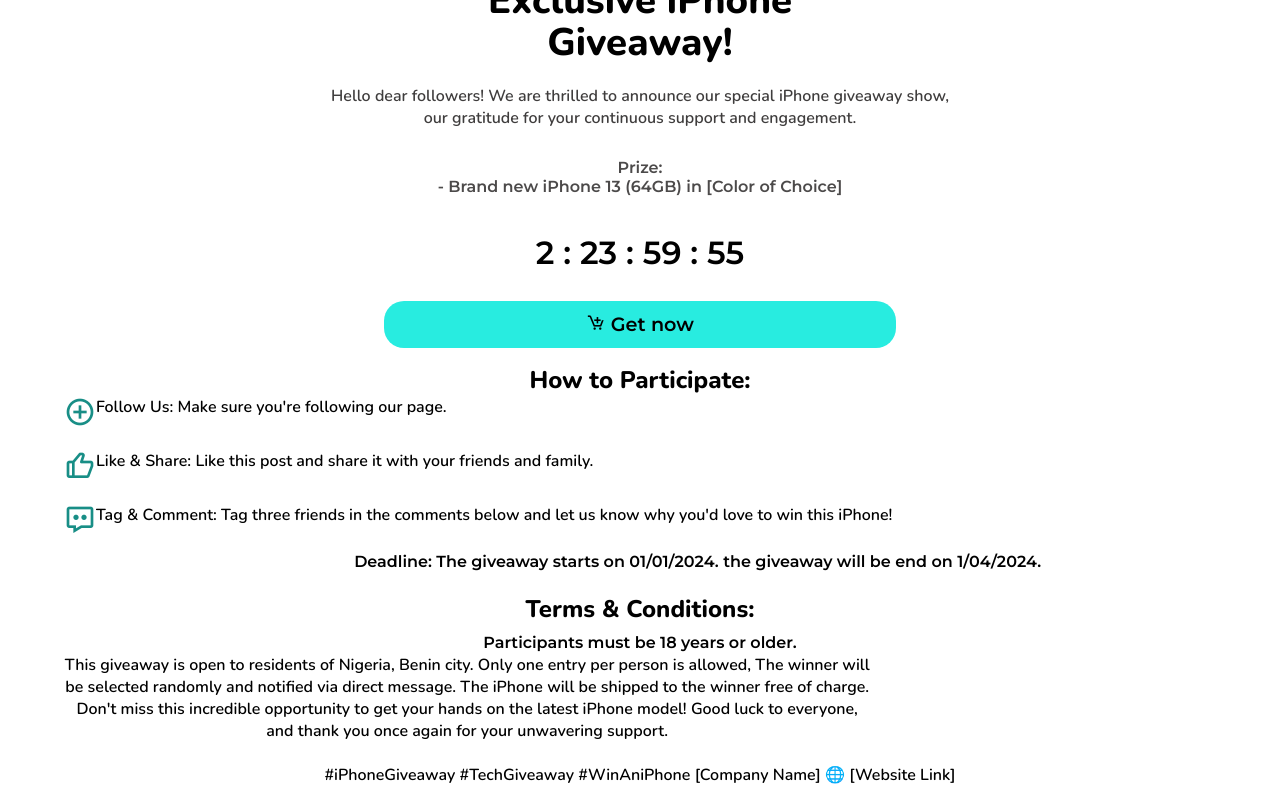
Repository: pasafista/freebie-iphone-webpage
Page: index.html
The author's editor kept a copy of each file at every save. The page is drawn from the files as they stood at one save, then again after a run of saves.
The browser window is 1280 px wide. The pictures show the part of the page from y = 792 to 1644 px (the page is 1578 px tall before and 1644 px after).
A picture or video elsewhere on the page could not be fetched, so the positions and the page height are approximate.

Above is the page before, as saved 2024-01-02 01:06:02.

After the next 2 saves:
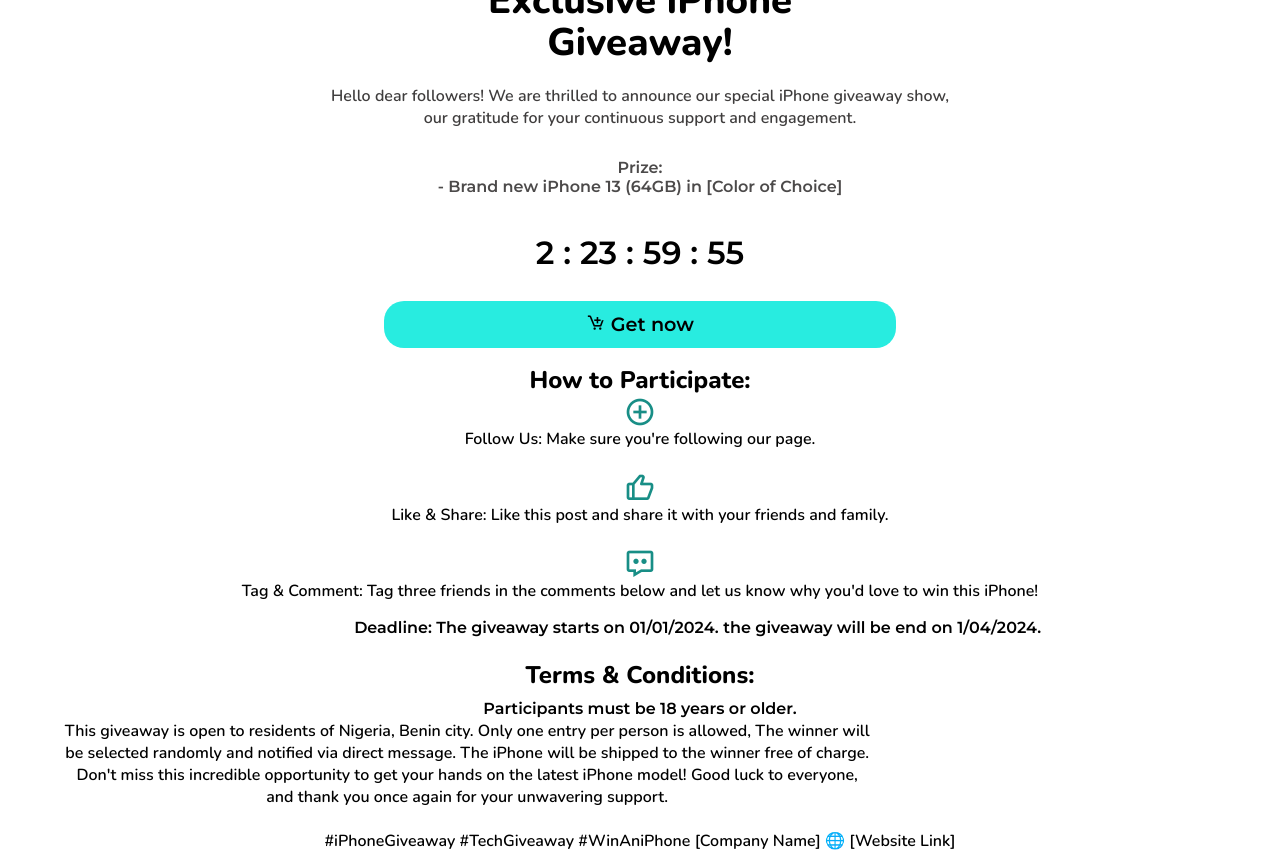
The 2 saves are shown as one change because they came seconds apart.
The last was saved 72 s later.
--- a/style.css
+++ b/style.css
@@ -163,7 +163,7 @@
     box-shadow: 0;
 }
 
-.foot{
+.foot, li{
     display: flex;
     flex-direction: column;
     text-align: center;

After the 5 saves that followed:
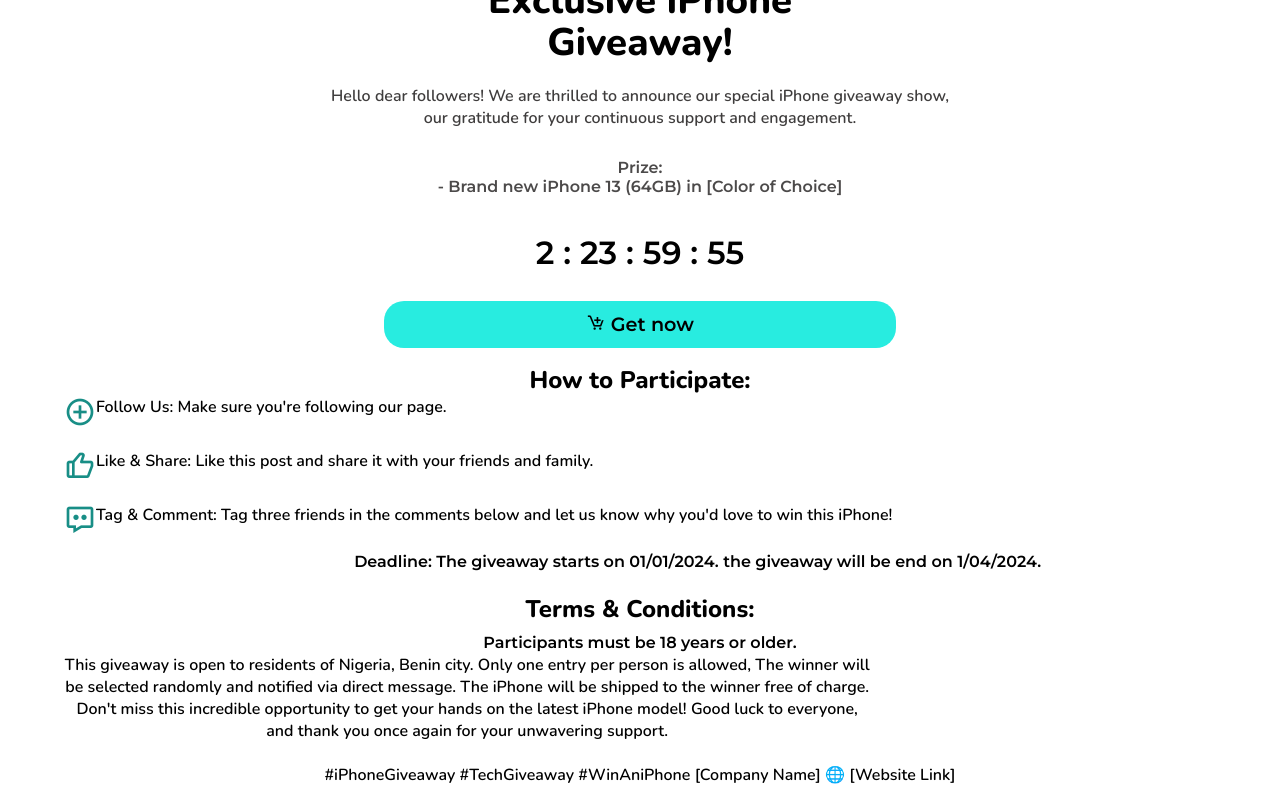
The 5 saves are shown as one change because they came seconds apart.
The last was saved 19 s later.
--- a/style.css
+++ b/style.css
@@ -163,10 +163,15 @@
     box-shadow: 0;
 }
 
-.foot, li{
+.foot{
     display: flex;
     flex-direction: column;
     text-align: center;
 }
 
+.li{
+    box-shadow: 5px 5px 0px 2px #082f2d;
+
+}
+
  }
